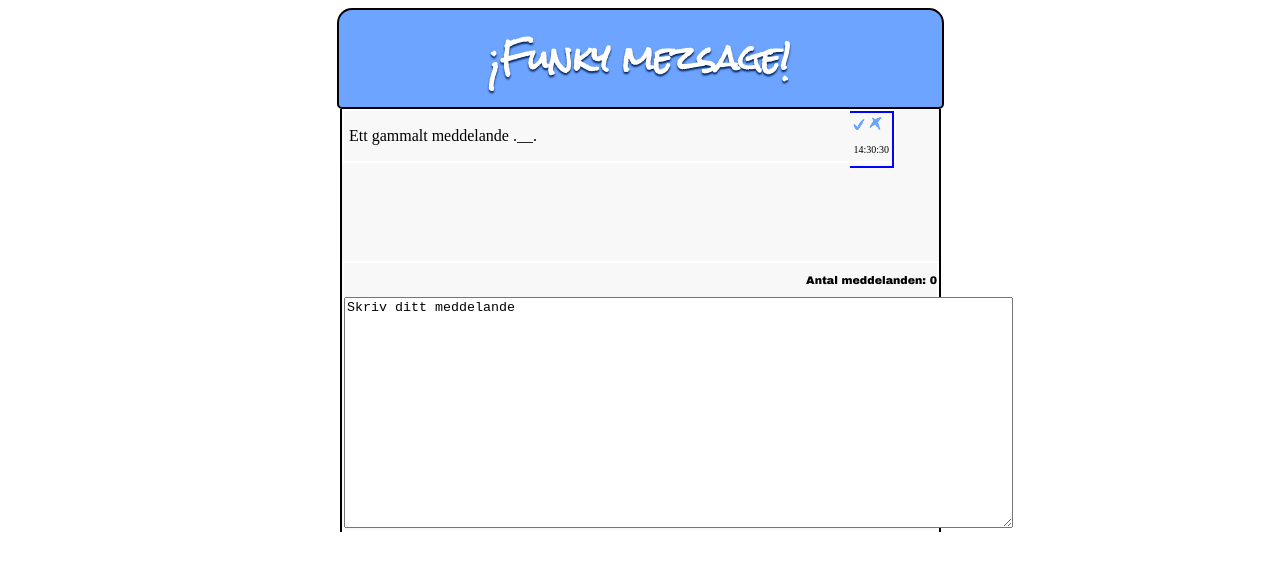
Repository: sk222sw/1dv403-laborationer
Page: 2-labbymezzage/index.html
The author's editor kept a record of every edit. The page is drawn from the files as they stood at one moment, then again after the next edit.
The browser window is 1280 px wide. The pictures show the whole page.

Above is the page before.

### 2-labbymezzage/index.html
<!DOCTYPE html>
<html lang="sv">
<head>
    <meta charset="utf-8" />
    <title>Labby Message</title>

    <link rel="stylesheet" href="css/css.css" />

    <link href='http://fonts.googleapis.com/css?family=Rock+Salt' rel='stylesheet' type='text/css'>

</head>
    <body>
        <div id="container">
            <header>
                <h1>¡Funky mezsage!</h1>
            </header>

            <main>
                <section id="mainsection">
                    <section class="oldMsg">

                        <div id="buttons">
                            <div id="timeButton"></div>
                            <div id="deleteButton"></div>
                            <p class="time">14:30:30</p>
                        </div>

                        <div id="messageText">
                            <p class="msgText">Ett gammalt meddelande .__.</p>
                        </div>
                    </section>

                    <section id="newTextSection">
                        <p id="messageCounter">Antal meddelanden: 0</p>
                        <textarea id="newMsg" name="textarea" rows="15" cols="81">Skriv ditt meddelande</textarea>
                    </section>
                </section>
            </main>

            <script type="text/javascript" src="script/Message.js"></script>
            <script type="text/javascript" src="script/script.js"></script>
            <script type="text/javascript" src="script/MessageBoard.js"></script>
        </div>
    </body>
</html>

### 2-labbymezzage/css/css.css
/*
container
    main
        header
            h1
        section
            p
            textarea
*/

container: {
    width: 600px;
}

main {
    width: 600px;

    margin: 0 auto;
}

#mainsection {
    width: 597px;

    background: #f8f8f8;

    border-right: solid black 2px;
    border-left: solid black 2px;
}

header {
    margin: 0 auto;
    margin-bottom: 0px;
    background: #6CA4FF;

    width: 603px;

    border: solid black 2px;
    border-bottom: solid black 2px;

    border-top-left-radius: 15px;
    border-top-right-radius: 15px;
    border-bottom-left-radius: 5px;
    border-bottom-right-radius: 5px;

    padding-top: 10px;
    padding-bottom: 10px;
}

h1 {
    position: relative;
    margin: 0 auto;

    text-align: center;
    color: white;
    text-shadow: 0px 2px 2px #00235E;
    font-family: "Rock Salt";

}

.area {
    position: relative;
}

.oldMsg {
    position: relative;

    width: 550px;
    border: solid white 2px;

    margin-bottom: 98px;
    padding: -2px;
}

.time {
    text-align: right;
    font-size: 10px;
}


#timeButton {
	background: url('../pics/checksprite.png') no-repeat -2px -2px;
	width: 12px;
	height: 11px;
	display: inline-block;
}

#deleteButton {
	background: url('../pics/checksprite.png') no-repeat -17px -2px;
	width: 13px;
	height: 13px;
	display: inline-block;
}

#oldMessageText {
    border-bottom: solid #0004FF 2px;
    border-top: solid #0004FF 2px;
    border-left: solid #0004FF 2px;
    width: 500px;
    float: left;

    background-color: #6ca4ff;
    color: white;
    font-family: 'Arial Black', sans-serif;
    font-size: 15px;

}

#buttons {
    padding: 3px;
    padding-bottom: 1px;
    border-right: solid #0004FF 2px;
    border-top: solid #0004FF 2px;
    border-bottom: solid #0004FF 2px;
    float: right;
}

#newTextSection {


    display: block;
    border: solid white 2px;

    font-family: 'Arial Black';
    font-size: 11px;
}

#messageCounter {
    text-align: right;
}

.msgText {
    padding-left: 5px;
}

### 2-labbymezzage/script/Message.js
"use strict";

function Message (message, date) {

    this.getText = function() {
        return message;
    },

    this.setText = function(_text) {
        message = _text;
    };

    this.getDate = function() {
        return date;
    };

    this.setDate = function(_date) {
        date = _date;
    };

}

Message.prototype.toString = function() {
    return this.getText()+" ("+this.getDate()+")";
};

Message.prototype.getHTMLText = function() {
    return Message.getText;
};

Message.prototype.getDateText = function() {
    return Message.getDate;
};
/*
var mess = new Message("hej", new Date());
alert(mess);
alert(mess.getText());
mess.setText("en annan text");
alert(mess);
*/

### 2-labbymezzage/script/script.js
"use strict";

    var engine = {

    };

### 2-labbymezzage/script/MessageBoard.js
"use strict";

    var MessageBoard = {

        messages: [],

        init:function(e){

            MessageBoard.messages.push("1", 2, 54, "hej");
            console.log(MessageBoard.messages);
        }
    };

window.onload = MessageBoard.init;

After the next edit:
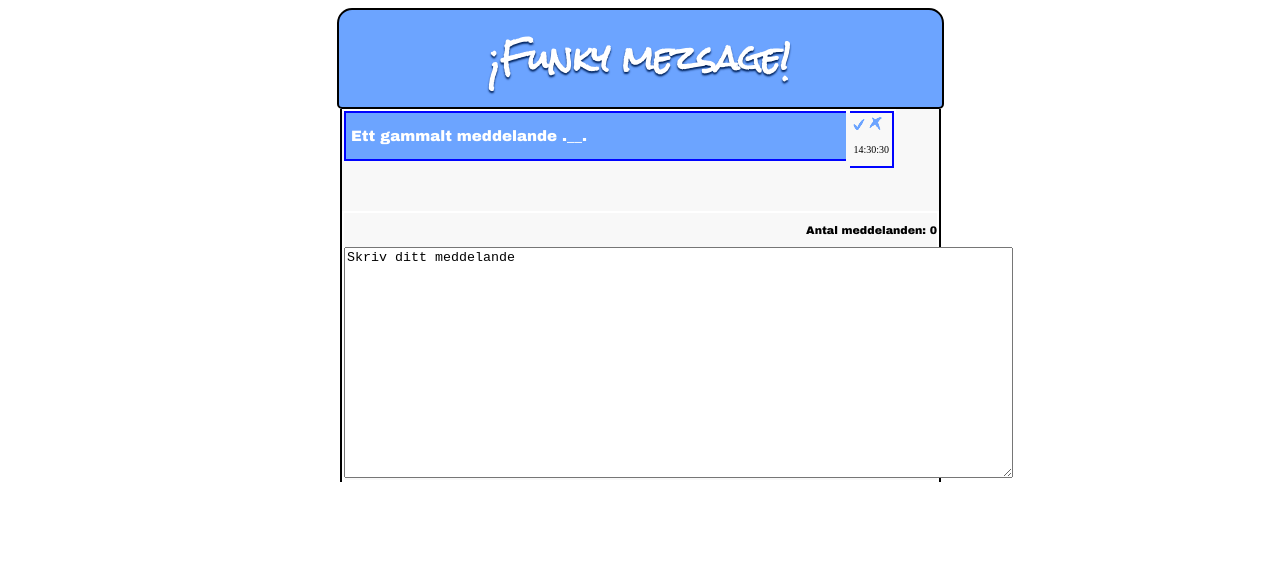
The edit:
--- a/2-labbymezzage/index.html
+++ b/2-labbymezzage/index.html
@@ -25,7 +25,7 @@
                             <p class="time">14:30:30</p>
                         </div>
 
-                        <div id="messageText">
+                        <div id="oldMessageText">
                             <p class="msgText">Ett gammalt meddelande .__.</p>
                         </div>
                     </section>
